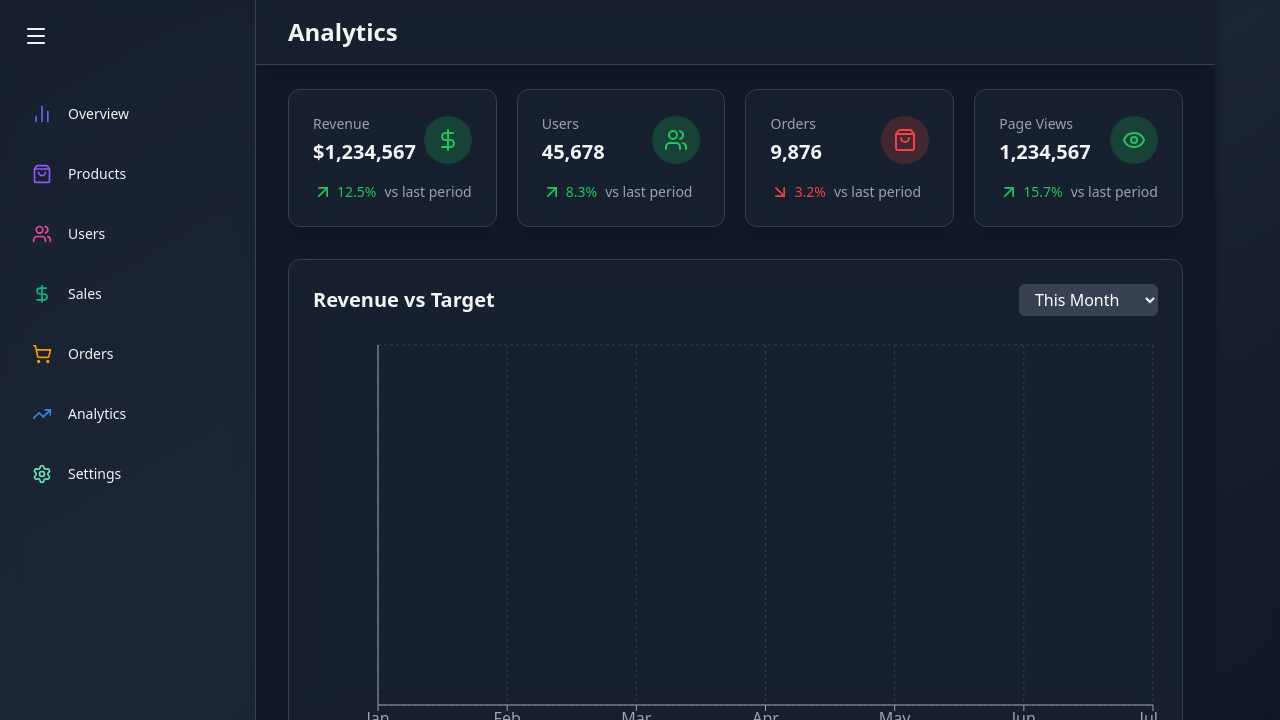
Repository: Abdirabi11/React-dashboard
Page: /analytics
The author's editor kept a copy of each file at every save. The page is drawn from the files as they stood at one save, then again after the next save.
The browser window is 1280 px wide. The pictures show the whole page.
An inner scrolling area shows only its first screen. The project was rebuilt for these pictures with package versions that can differ from the ones it lists, and the page was loaded fresh each time. Also part of the build but not shown: vite.config.js, src/components/common/StatCard.jsx, src/components/overview/SalesOverviewChart.jsx, src/components/overview/CategoryDistributionChart.jsx, src/components/overview/SalesChannelChart.jsx, src/pages/OverviewPage.jsx, src/components/products/SalesTrendChart.jsx, src/components/products/ProductsTable.jsx and 15 more.

Above is the page before, as saved 2025-07-19 11:23:39.

After the next save:
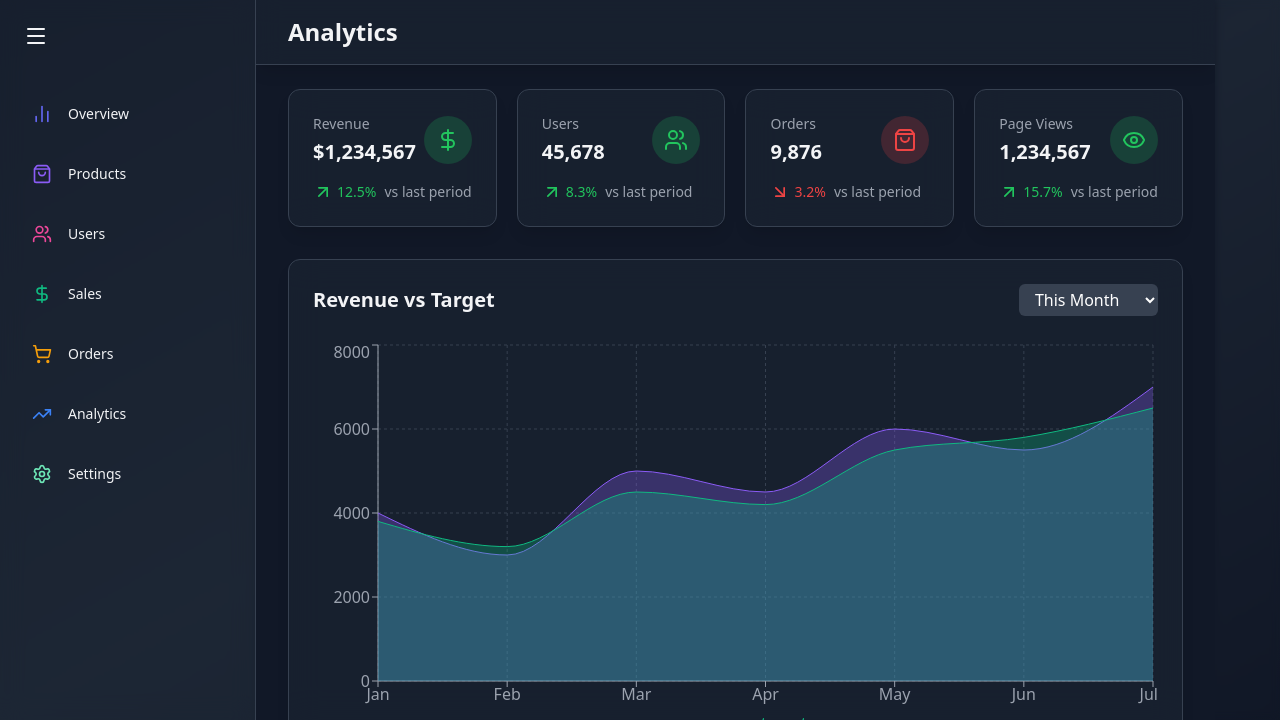
Saved 6 s later.
--- a/src/components/analytics/RevenueChart.jsx
+++ b/src/components/analytics/RevenueChart.jsx
@@ -46,8 +46,8 @@ const RevenueChart = () => {
                 itemStyle={{ color: "#E5E7EB" }}
               />
               <Legend />
-              {/* <Area type='monotone' dataKey='revenue' stroke='#8B5CF6' fill='#8B5CF6' fillOpacity={0.3} />
-              <Area type='monotone' dataKey='target' stroke='#10B981' fill='#10B981' fillOpacity={0.3} /> */}
+              <Area type='monotone' dataKey='revenue' stroke='#8B5CF6' fill='#8B5CF6' fillOpacity={0.3} />
+              <Area type='monotone' dataKey='target' stroke='#10B981' fill='#10B981' fillOpacity={0.3} />
           </AreaChart>
         </ResponsiveContainer>
       </div>
